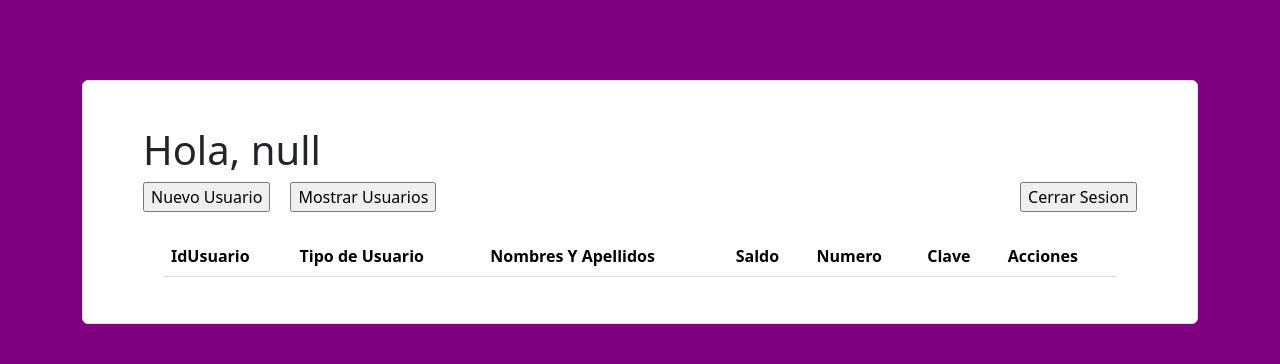
Repository: Gimblet/LP1_Proyecto_Yape
Page: http://localhost/Yape/headAdminDashboard.jsp
An editor plug-in stored every save of this project. The page is shown before and after the next save, followed by the edit.
The browser window is 1280 px wide. The pictures show the whole page.
The page is served by Tomcat 9. Other server files are loaded and not shown. Queries for data that is not in the repository find no rows.

Above is the page before, as saved 2024-05-04 15:27:18.

### Yape/src/main/webapp/headAdminDashboard.jsp
<%@page import="gestion.Metodos"%>
<%@ page import="java.util.List"%>
<%@ page import="data.Yapes"%>
<%@ page import="data.Logins"%>
<%@ page language="java" contentType="text/html; charset=ISO-8859-1"
	pageEncoding="ISO-8859-1"%>
<%
List<Logins> userList = (List<Logins>) request.getAttribute("ListaUsuarios");
Metodos metodo = new Metodos();
%>
<!DOCTYPE html>
<html>

<head>
<meta charset="ISO-8859-1">
<title>HeadAdmin Dashboard</title>
<link href="Resources/bootstrap.min.css" rel="stylesheet">
<style>
body{
	background-color: purple;
}

main{
	background-color: white;
	margin: auto;
	margin-top: 80px;
	margin-bottom: 65px;
}

#btn-group{
	padding: 45px 60px 0px 60px;
}

#table-group{
	padding: 0px 80px 30px 80px;
}

.buscarContainer {
	display: flex;
	gap: 12px;
}

form {
	display: flex;
	gap: 20px;
}

#buscar {
	margin-left: auto;
}

input:hover {
	cursor: pointer;
}
</style>
</head>

<body>
	<div class="container">
		<main class="border rounded">
			<section id="btn-group">
				<div>
					<h1>Hola, <%= metodo.obtenerNombre() %></h1>
					<form action="Servlet" method="post">
						<input type="submit" value="Nuevo Usuario" name="type"> <input
							type="submit" value="Mostrar Usuarios" name="type"> <input
							id="buscar" type="submit" value="Cerrar Sesion" name="type">
					</form>
					<br>
				</div>
			</section>
			<section id="table-group">
				<table class="table">
					<thead>
						<tr>
							<th>IdUsuario</th>
							<th>Tipo de Usuario</th>
							<th>Nombres Y Apellidos</th>
							<th>Saldo</th>
							<th>Numero</th>
							<th>Clave</th>
							<th>Acciones</th>
						</tr>
					</thead>
					<tbody>
						<%
						if (userList != null) {
							for (Logins item : userList) {
						%>
						<tr>
							<td><%=item.getIdUsuario()%></td>
							<td><%=item.getTipoUsuario()%></td>
							<td><%=item.getNombreApellidos()%></td>
							<td><%=item.getSaldo()%></td>
							<td><%=item.getNumero()%></td>
							<td><%=item.getClave()%></td>
							<td><a
								href="Servlet?type=Buscar Usuario a Editar&id=<%=item.getIdUsuario()%>">Editar</a>
								<a
								href="Servlet?type=Eliminar Usuario&id=<%=item.getIdUsuario()%>">Eliminar</a>
							</td>
						</tr>
						<%
						}
						}
						%>
					</tbody>
				</table>
			</section>
		</main>
	</div>
</body>

</html>

### Yape/src/main/java/interfaces/IntYape.java
package interfaces;

import java.util.List;

import data.ClaseUtilitaria;
import data.Logins;
import data.Yapes;

public interface IntYape {
	Logins Login(int numero, String clave, String tipoUsr);
	List<Yapes> ListarYapes();
	List<Yapes> ListarTodosLosYapes();
	List<Logins> ListarUsuarios();
	int obtenerUsuario();
	String obtenerTipoUsuario();
	void cerrarSesion();
	ClaseUtilitaria validarYape(int numero, double monto);
	boolean validarYapeEditar(int numeroRec, int numeroRem, double monto, double OGmonto);
	void editarYape(int id, int numeroRec, int numeroRem, double monto, double OGmonto);
	void eliminarYape(int id, int numeroRec, int numeroRem, double OGmonto);
	public void eliminarUsuario(int id);
	Logins obtenerInformacionUsuario(int id);
	void editarUsuario(int id, String nombreApe, double saldo, String clave);
	void yapear(int numero, double monto);
	ClaseUtilitaria obtenerInformacionYape(int id);
	public String formatearFecha(String OGFecha);
	public String formatearHora(String OGHora);
}

### Yape/src/main/java/util/MysqlConexion.java
package util;

import java.sql.Connection;
import java.sql.DriverManager;
import java.sql.SQLException;

public class MysqlConexion {
	public static Connection getConexion() {
		Connection con = null;
		try {
			Class.forName("com.mysql.cj.jdbc.Driver").getDeclaredConstructor().newInstance();
			String url = "jdbc:mysql://localhost:3306/dbYape";
			String usr = "root";
			String psw = "mysql";
			con = DriverManager.getConnection(url, usr, psw);
		} catch(ClassNotFoundException e) {
			System.out.println("Error con el Driver de Base de Datos" + e.getMessage());
		} catch(SQLException e){
			System.out.println("Error con la base de datos" + e.getMessage());
		} catch(Exception e) {
			System.out.println("Error General" + e.getMessage());
		}
		return con;
	}

	public static void closeConnection(Connection con) {
		try {
			con.close();
		} catch(SQLException e) {
			System.out.println("Problemas al cerrar la conexion");
			e.printStackTrace();
		}
	}
}

Loaded but not shown: Yape/src/main/webapp/Resources/bootstrap.min.css (library); Yape/src/main/java/gestion/Metodos.java (896 lines, source omitted)

After the next save:
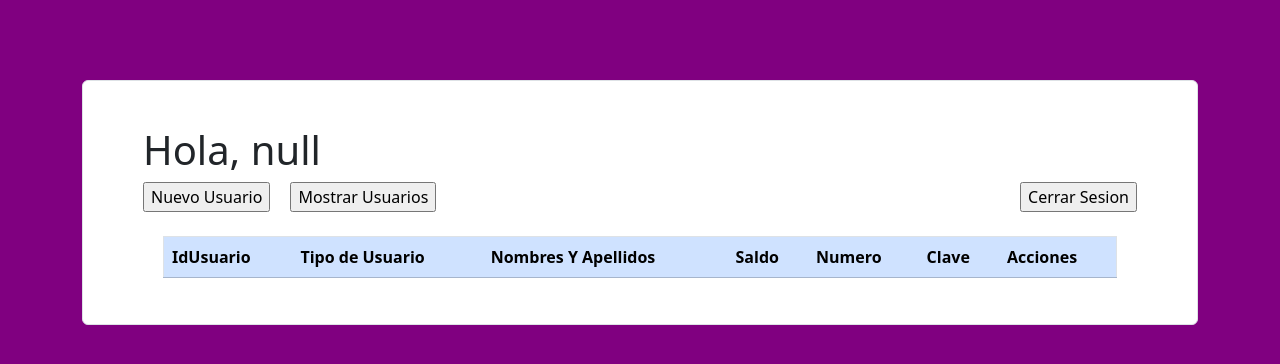
Saved 50 s later.
--- a/Yape/src/main/webapp/headAdminDashboard.jsp
+++ b/Yape/src/main/webapp/headAdminDashboard.jsp
@@ -70,8 +70,8 @@ input:hover {
 				</div>
 			</section>
 			<section id="table-group">
-				<table class="table">
-					<thead>
+				<table class="table table-hover table-striped border rounded">
+					<thead class="table-primary">
 						<tr>
 							<th>IdUsuario</th>
 							<th>Tipo de Usuario</th>
